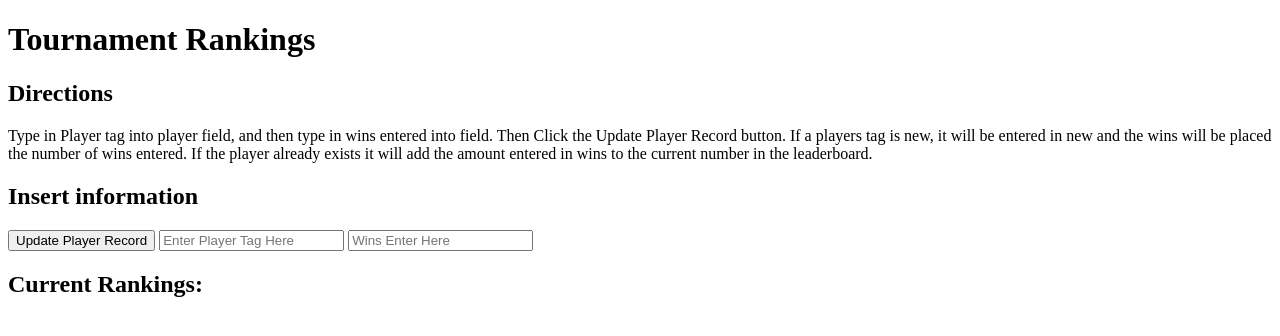
Repository: dylanburton/Software-Engineering-Tech-Excercise
Page: workspace-TechExcercise-Burton/TournamentRankings/WebContent/RankingWebPage.html
An editor plug-in stored every save of this project. The page is shown before and after the next save, followed by the edit.
The browser window is 1280 px wide. The pictures show the whole page.

Above is the page before, as saved 2020-04-21 20:58:21.

### workspace-TechExcercise-Burton/TournamentRankings/WebContent/RankingWebPage.html
<!DOCTYPE html>
<html>

<head>
<meta charset="ISO-8859-1">
<title>Rankings</title>
</head>

<body>
<h1>Tournament Rankings</h1>
<h2>Directions</h2>
<p>Type in Player tag into player field, and then type in wins entered into field. Then Click the Update Player Record button. If a players tag is new, it will be entered in new and the wins will be placed the number of wins entered. If the player already exists it will add the amount entered in wins to the current number in the leaderboard.</p>
<h2>Insert information</h2>
<form action="MyServletRankingApp" method="post">
<input type = "submit" value="Update Player Record"/>
<input type="text" placeholder="Enter Player Tag Here" id="player" name="player"/>
<input type="number" step= "1" placeholder="Wins Enter Here" id="wins" name="wins"/>
</form>

<h2>Current Rankings: </h2>
</body>

</html>

After the next save:
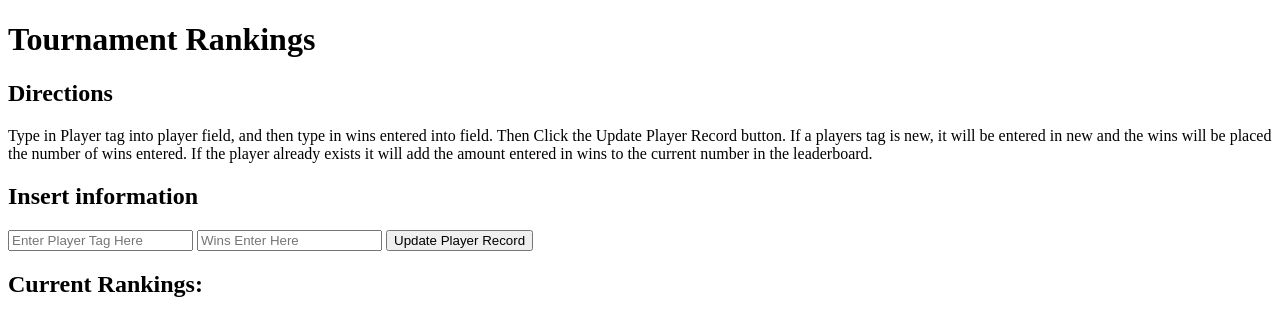
Saved 72 min 4 s later.
--- a/workspace-TechExcercise-Burton/TournamentRankings/WebContent/RankingWebPage.html
+++ b/workspace-TechExcercise-Burton/TournamentRankings/WebContent/RankingWebPage.html
@@ -11,10 +11,11 @@
 <h2>Directions</h2>
 <p>Type in Player tag into player field, and then type in wins entered into field. Then Click the Update Player Record button. If a players tag is new, it will be entered in new and the wins will be placed the number of wins entered. If the player already exists it will add the amount entered in wins to the current number in the leaderboard.</p>
 <h2>Insert information</h2>
-<form action="MyServletRankingApp" method="post">
-<input type = "submit" value="Update Player Record"/>
+<form action="MyServletRankingApp" method="get">
+
 <input type="text" placeholder="Enter Player Tag Here" id="player" name="player"/>
 <input type="number" step= "1" placeholder="Wins Enter Here" id="wins" name="wins"/>
+<input type = "submit" value="Update Player Record"/>
 </form>
 
 <h2>Current Rankings: </h2>
